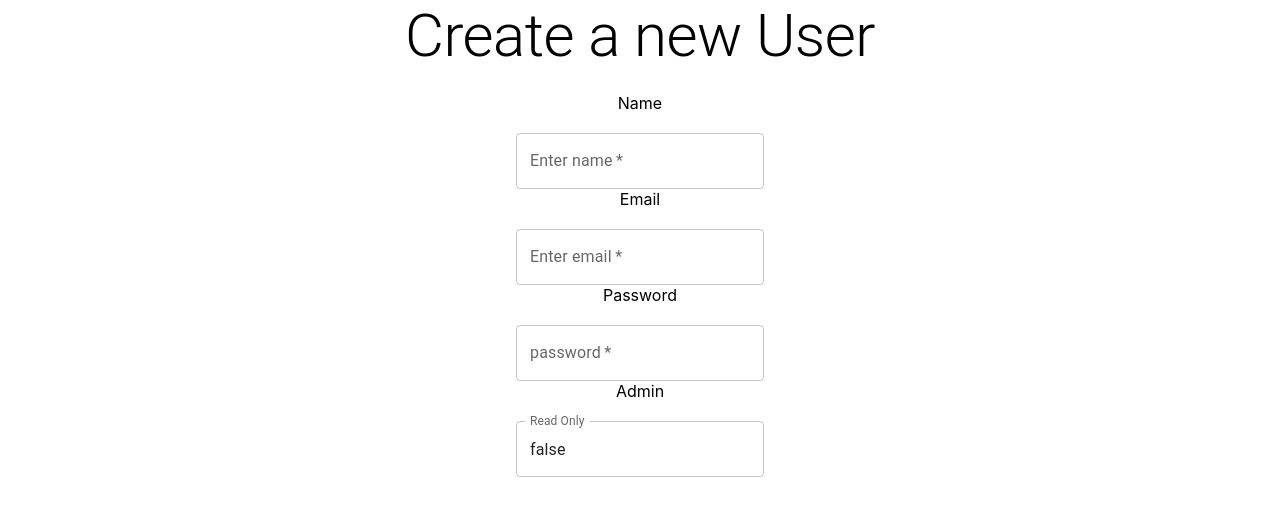
Repository: nj10deadend/RESTAPI-node-with-mongoDB
Page: /bug-table (app in client/frontend/)
An editor plug-in stored every save of this project. The page is shown before and after the next save, followed by the edit.
The browser window is 1280 px wide. The pictures show the whole page.
The project was rebuilt for these pictures with package versions that can differ from the ones it lists, and the page was loaded fresh each time.

Above is the page before, as saved 2021-12-31 12:57:54.

After the next save:
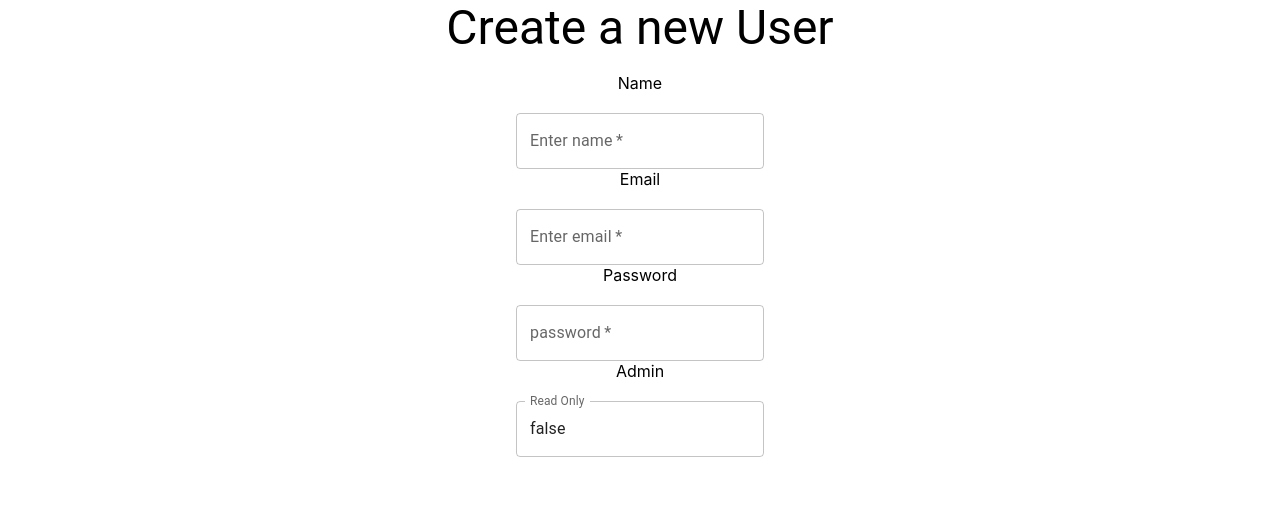
Saved 49 s later.
--- a/client/frontend/src/components/Signup.js
+++ b/client/frontend/src/components/Signup.js
@@ -15,7 +15,7 @@ function Signup () {
 
     return (
         <Box>
-            <Typography variant="h2" component="h2" gutterBottom>Create a new User</Typography>
+            <Typography variant="h3" component="h2" gutterBottom>Create a new User</Typography>
             <form>
                 <Box>
                     <label for="name">Name</label>
